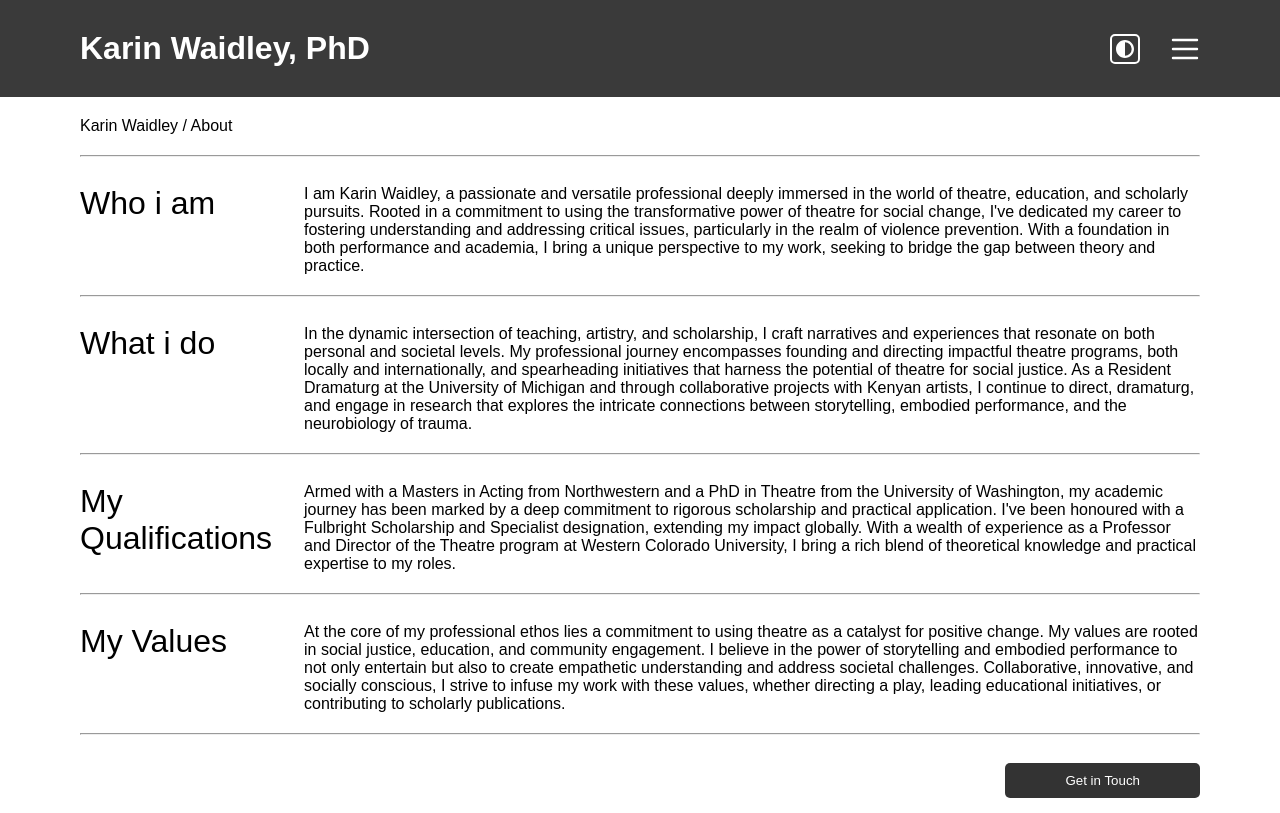
Repository: Ceasor7/Karin
Page: about.html
The author's editor kept a copy of each file at every save. The page is drawn from the files as they stood at one save, then again after the next save.
The browser window is 1280 px wide. The pictures show the whole page.

Above is the page before, as saved 2023-12-14 17:36:30.

### about.html
<!DOCTYPE html>
<html lang="en">

<head>
    <meta charset="UTF-8">
    <meta name="viewport" content="width=device-width, initial-scale=1.0">
    <link rel="stylesheet" href="stingo.css">
    <title>Karin Waidley,PhD | About</title>
    <style>
        ::-webkit-scrollbar {
            width: .8em;
            border-radius: .3rem;
            background-color: hsl(0, 0%, 65%);
        }

        ::-webkit-scrollbar-thumb {
            border-radius: .3rem;
            background-color: hsl(0, 0%, 55%);
        }

        ::-webkit-scrollbar-thumb:hover {
            background-color: hsl(0, 0%, 45%);
        }

        /* about page */
        nav {
            float: left;
            width: 20%;
            font-size: 2em;
        }

        article {
            float: left;
            width: 80%;
            margin-bottom: 20px;
        }

        /* Clear floats after the columns */
        section::after {
            content: "";
            display: table;
            clear: both;
        }

        .about-button {
            margin-top: 20px;
            text-align: right;
            margin-bottom: 15px;
            margin-right: 80px;
        }

        .contact-button {
            padding: 10px;
            background-color: #333;
            color: white;
            padding-left: 60px;
            padding-right: 60px;
            border-radius: 5px;
            border: none;
            cursor: pointer;
        }

        .page-title {
            margin-bottom: 20px;
        }

        /* about page */
        /* navbar */
        /* Resetting some default styles for better consistency */
        body,
        h1,
        h2,
        h3,
        p,
        ul,
        li {
            margin: 0;
            padding: 0;
            list-style: none;
        }

        /* Global styles */
        body {
            font-family: Arial, sans-serif;
        }

        /* Navbar styles */
        header {
            background-color: #3A3A3A;
            color: white;
            padding: 10px 0;
        }

        .navbar {
            display: flex;
            justify-content: space-between;
            align-items: center;
            padding: 20px;
            margin-left: 60px;
            margin-right: 60px;
        }

        .navbar-logo {
            font-size: 2em;
            font-weight: bold;
        }

        .navbar-icons {
            display: flex;
            gap: 10px;
        }

        .dark-mode-toggle {
            color: var(--secondary-color);
            border: 2px solid currentColor;
            padding: 4px;
            background: transparent;
            cursor: pointer;
            border-radius: 5px;
            width: 30px;
            height: 30px;
        }

        .dark-mode-toggle,
        .svg-icon {
            margin-right: 20px;
        }

        /* Main content styles */
        section {
            margin-top: 20px;
            margin-left: 80px;
            margin-right: 80px;
        }

        /* navbar */
    </style>
</head>

<body>
    <header>
        <div class="navbar">
            <div class="navbar-logo">Karin Waidley, PhD</div>
            <div class="navbar-icons">
                <button id="dark-mode-toggle" class="dark-mode-toggle">
                    <svg width="100%" xmlns="http://www.w3.org/2000/svg" viewBox="0 0 496 496">
                        <path fill="currentColor"
                            d="M8,256C8,393,119,504,256,504S504,393,504,256,393,8,256,8,8,119,8,256ZM256,440V72a184,184,0,0,1,0,368Z"
                            transform="translate(-8 -8)" />
                    </svg>
                </button>
                <svg xmlns="http://www.w3.org/2000/svg" x="0px" y="0px" width="30" height="30" viewBox="0 0 50 50"
                    style="fill:#FFFFFF;">
                    <path
                        d="M 5 8 A 2.0002 2.0002 0 1 0 5 12 L 45 12 A 2.0002 2.0002 0 1 0 45 8 L 5 8 z M 5 23 A 2.0002 2.0002 0 1 0 5 27 L 45 27 A 2.0002 2.0002 0 1 0 45 23 L 5 23 z M 5 38 A 2.0002 2.0002 0 1 0 5 42 L 45 42 A 2.0002 2.0002 0 1 0 45 38 L 5 38 z">
                    </path>
                </svg>
            </div>
        </div>
    </header>

    <section>
        <p class="page-title">Karin Waidley / About</p>
        <hr>
    </section>

    <section>
        <nav>
            Who i am
        </nav>

        <article>
            I am Karin Waidley, a passionate and versatile professional deeply immersed in the world of theatre,
            education, and scholarly pursuits. Rooted in a commitment to using the transformative power of theatre
            for
            social change, I've dedicated my career to fostering understanding and addressing critical issues,
            particularly in the realm of violence prevention. With a foundation in both performance and academia, I
            bring a unique perspective to my work, seeking to bridge the gap between theory and practice.
        </article>
        <hr>
    </section>
    <section>
        <nav>
            What i do
        </nav>

        <article>
            In the dynamic intersection of teaching, artistry, and scholarship, I craft narratives and experiences
            that
            resonate on both personal and societal levels. My professional journey encompasses founding and
            directing
            impactful theatre programs, both locally and internationally, and spearheading initiatives that harness
            the
            potential of theatre for social justice. As a Resident Dramaturg at the University of Michigan and
            through
            collaborative projects with Kenyan artists, I continue to direct, dramaturg, and engage in research that
            explores the intricate connections between storytelling, embodied performance, and the neurobiology of
            trauma.
        </article>
        <hr>
    </section>
    <section>
        <nav>
            My Qualifications
        </nav>

        <article>
            Armed with a Masters in Acting from Northwestern and a PhD in Theatre from the University of Washington,
            my
            academic journey has been marked by a deep commitment to rigorous scholarship and practical application.
            I've been honoured with a Fulbright Scholarship and Specialist designation, extending my impact
            globally.
            With a wealth of experience as a Professor and Director of the Theatre program at Western Colorado
            University, I bring a rich blend of theoretical knowledge and practical expertise to my roles.
        </article>
        <hr>
    </section>

    <section>
        <nav>
            My Values
        </nav>

        <article>
            At the core of my professional ethos lies a commitment to using theatre as a catalyst for positive
            change.
            My values are rooted in social justice, education, and community engagement. I believe in the power of
            storytelling and embodied performance to not only entertain but also to create empathetic understanding
            and
            address societal challenges. Collaborative, innovative, and socially conscious, I strive to infuse my
            work
            with these values, whether directing a play, leading educational initiatives, or contributing to
            scholarly
            publications.
        </article>
        <hr>
    </section>
    <div class="about-button">
        <a href="contact.html">
            <button class="contact-button">Get in Touch</button>
        </a>

    </div>

    <script src="darkMode.js"></script>
</body>





</html>

### darkMode.js

let darkMode = localStorage.getItem('darkMode');

const darkModeToggle = document.querySelector('#dark-mode-toggle');

const enableDarkMode = () => {
  document.body.classList.add('darkmode');
  localStorage.setItem('darkMode', 'enabled');
}

const disableDarkMode = () => {

  document.body.classList.remove('darkmode');

  localStorage.setItem('darkMode', null);
}


if (darkMode === 'enabled') {
  enableDarkMode();
}

darkModeToggle.addEventListener('click', () => {

  darkMode = localStorage.getItem('darkMode');

  if (darkMode !== 'enabled') {
    enableDarkMode();
  } else {
    disableDarkMode();
  }
});

Loaded but not shown: stingo.css (common file)

After the next save:
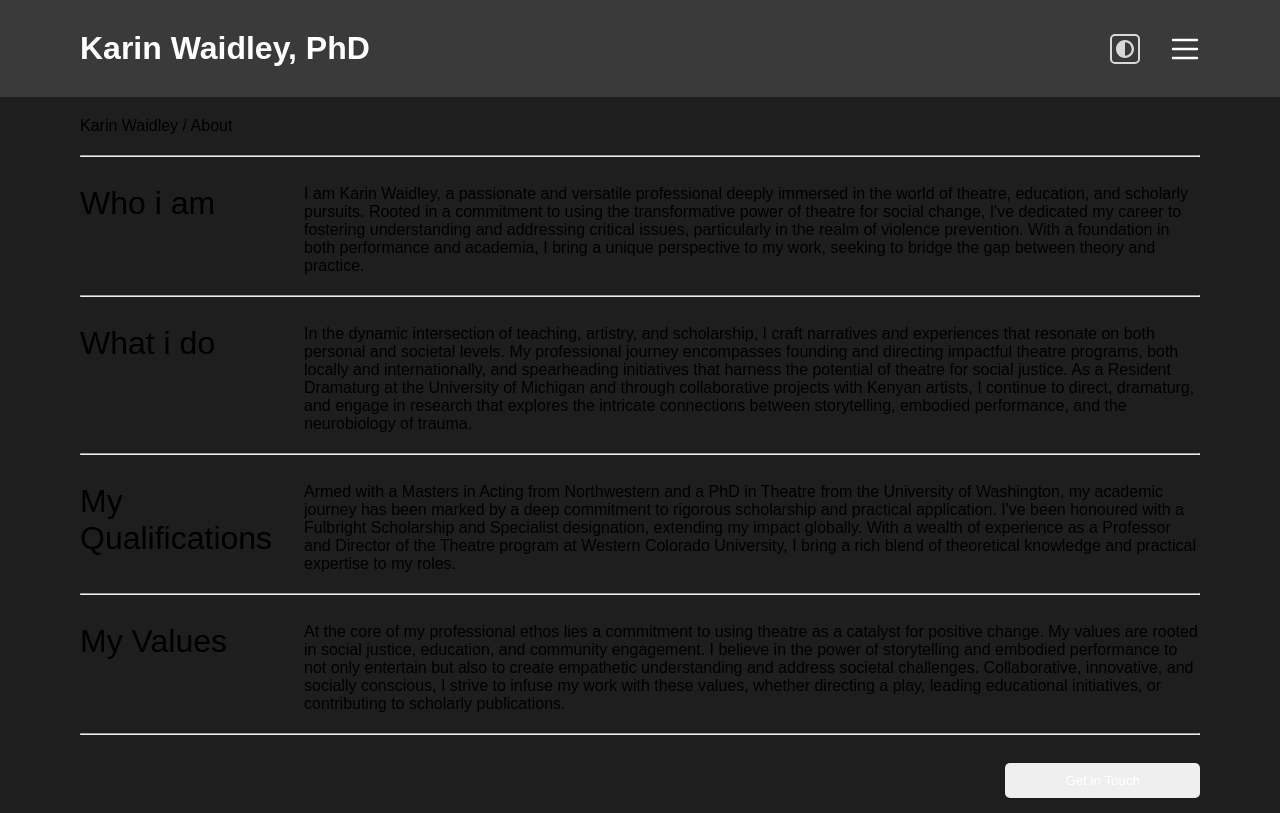
Saved 6 min 3 s later.
--- a/about.html
+++ b/about.html
@@ -22,6 +22,22 @@
             background-color: hsl(0, 0%, 45%);
         }
 
+        /* Global styles */
+        body {
+            font-family: Arial, sans-serif;
+            background-color: var(--primary-color);
+        }
+
+        :root {
+            --primary-color: #1E1E1E;
+            --secondary-color: #D9D9D9;
+        }
+
+        .darkmode {
+            --primary-color: #D9D9D9;
+            --secondary-color: #1E1E1E;
+        }
+
         /* about page */
         nav {
             float: left;
@@ -51,7 +67,7 @@
 
         .contact-button {
             padding: 10px;
-            background-color: #333;
+            background-color: var();
             color: white;
             padding-left: 60px;
             padding-right: 60px;
